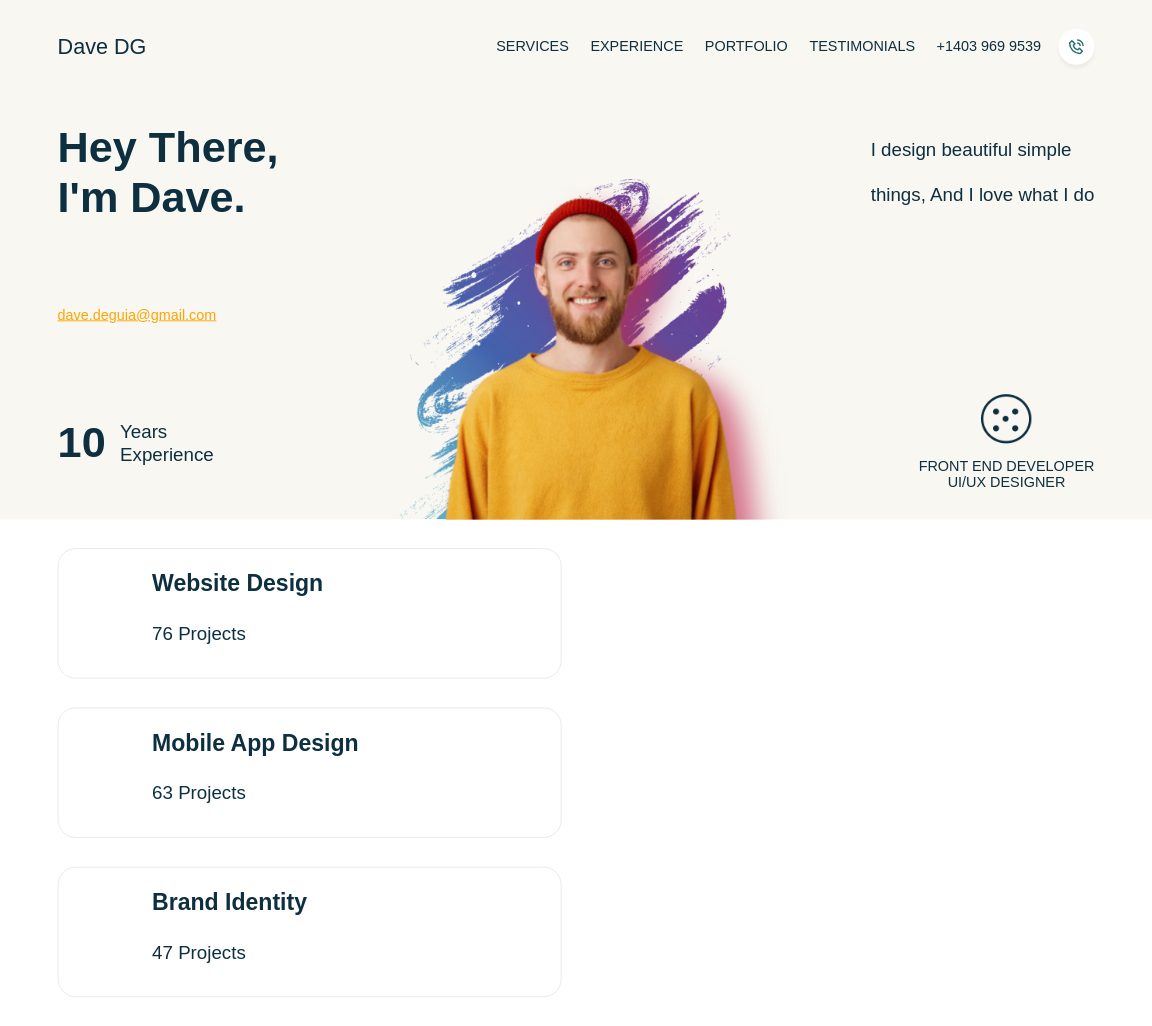
Repository: davedeguia/framer-motion-portfolio
Page: /
These files come from the project's save history. The page is drawn as it stood at one moment and after the next save; the edit follows.
The browser window is 1280 px wide. The pictures show the whole page, at 90% of full size.
Some web fonts or font styles are not loaded; a fallback is used. The project was rebuilt for these pictures with package versions that can differ from the ones it lists, and the page was loaded fresh each time. Also part of the build but not shown: vite.config.js.

Above is the page before, as saved 2023-02-10 05:27:57.

After the next save:
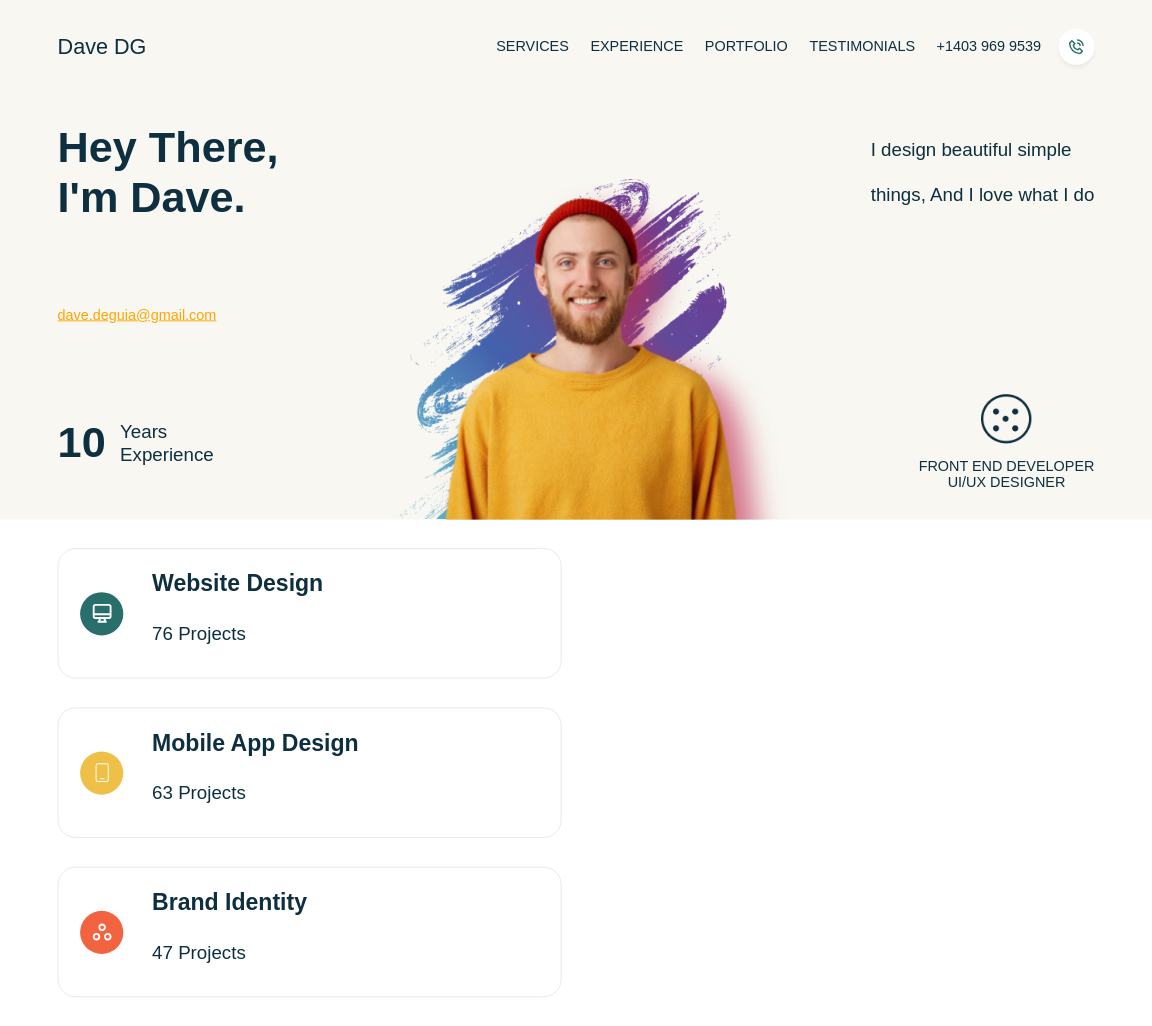
Saved 50 s later.
--- a/src/components/Experties/Experties.jsx
+++ b/src/components/Experties/Experties.jsx
@@ -12,7 +12,7 @@ const Experties = () => {
           {projectExperience.map((exp, i) => {
             return (
               <div className={css.exp} key={i}>
-                <div className='flexCenter'>
+                <div className='flexCenter' style={{ background: exp.bg }}>
                   <exp.icon size={25} color='white' />
                 </div>
 
